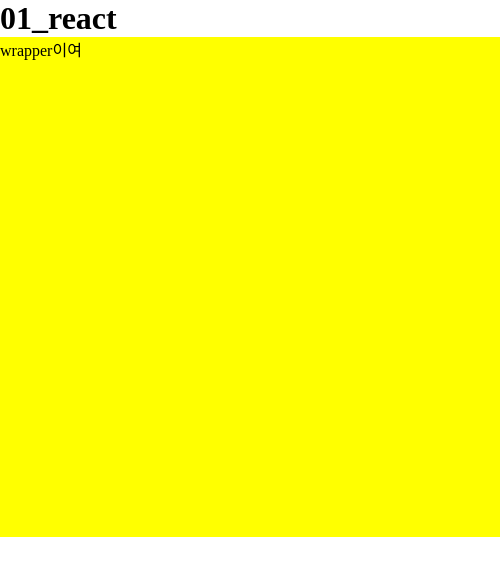
Repository: psun2/Korea-IT-Academy
Page: (back up) _ 오전/study_a/web_work/htmlCssProj/WebContent/react/01_react.html
These files come from the project's save history. The page is drawn as it stood at one moment and after the next save; the edit follows.
The browser window is 375 px wide. The page is 500 px wide, so the pictures cover 500 px, including what lies to the right of the window. The pictures show the whole page.

Above is the page before, as saved 2020-07-29 06:07:34.

After the next save:
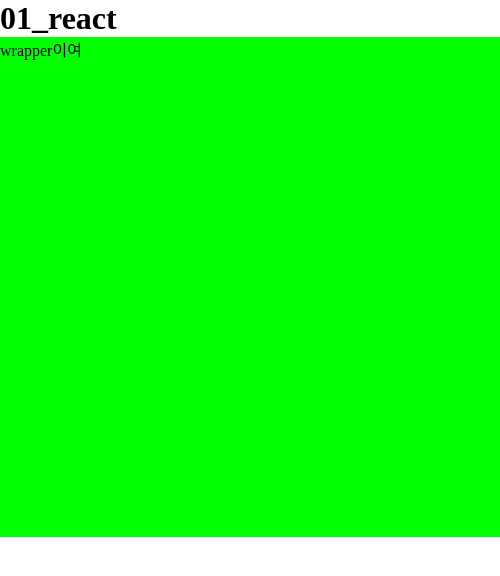
Saved 4 min 35 s later.
--- a/(back up) _ 오전/study_a/web_work/htmlCssProj/WebContent/react/01_react.html
+++ b/(back up) _ 오전/study_a/web_work/htmlCssProj/WebContent/react/01_react.html
@@ -19,7 +19,13 @@ minimum-scale=1.0, maximum-scale=1.0">
 		background: #ff0;
 
 	}
+	@media screen and (max-width:480px){
+		.wrapper{
+			background: #0f0;
 
+		}
+
+	}
 
 
 </style>
